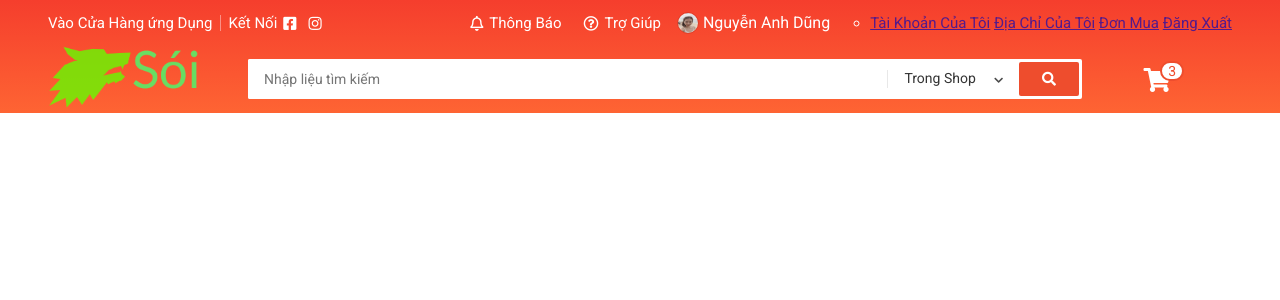
Repository: adwewecat/shoppe
Page: index.html
These files come from the project's save history. The page is drawn as it stood at one moment and after a run of saves; the edit follows.
The browser window is 1280 px wide. The pictures show the whole page.

Above is the page before, as saved 2021-09-03 11:59:36.

### index.html
<!DOCTYPE html>
<html lang="en">

<head>
    <meta charset="UTF-8" />
    <meta http-equiv="X-UA-Compatible" content="IE=edge" />
    <meta name="viewport" content="width=device-width, initial-scale=1.0" />
    <title>Document</title>
    <link rel="preconnect" href="https://fonts.googleapis.com" />
    <link rel="preconnect" href="https://fonts.gstatic.com" crossorigin />
    <link href="https://fonts.googleapis.com/css2?family=Roboto:ital,wght@0,400;0,500;0,700;1,300&display=swap"
        rel="stylesheet" />
    <link rel="stylesheet" href="./assets/css/base.css" />
    <link rel="stylesheet" href="./assets/css/main.css" />
    <link rel="stylesheet" href="./assets/fonts/fontawesome-free-5.15.4/css/all.min.css" />
</head>

<body>
    <div class="main">
        <header class="header">
            <div class="grid">
                <!-- Begin Navbar -->
                <nav class="header__navbar">
                    <ul class="header__navbar-list">
                        <li class="
                  header__navbar-item
                  header__navbar-item--has-qr
                  header__navbar-item--seperate
                ">
                            Vào Cửa Hàng ứng Dụng
                            <!-- Begin Header QR Code -->
                            <div class="header__qr">
                                <img src="./assets/img/qr_code/qrcode_2066837_.png" alt="QR_Code_Lagel"
                                    class="header__qr-img" />
                                <div class="header__qr-apps">
                                    <a href="" class="header__qr-link">
                                        <img src="./assets/img/qr_code/android.png" alt="android"
                                            class="header__qr-dowload-img" />
                                    </a>
                                    <a href="" class="header__qr-link">
                                        <img src="./assets/img/qr_code/ios.png" alt="ios"
                                            class="header__qr-dowload-img" />
                                    </a>
                                </div>
                            </div>
                            <!-- End Header QR Code -->
                        </li>
                        <li class="header__navbar-item">
                            <span class="header__navbar-title-no-pointer">Kết Nối</span>
                            <a href="" class="header__navbar-icon-link">
                                <i class="header__navbar-icon fab fa-facebook-square"></i>
                            </a>
                            <a href="" class="header__navbar-icon-link">
                                <i class="header__navbar-icon fab fa-instagram"></i>
                            </a>
                        </li>
                    </ul>

                    <ul class="header__navbar-list">
                        <li class="header__navbar-item header__navbar-item--has-notify">
                            <a href="" class="header__navbar-item-link">
                                <i class="header__navbar-icon far fa-bell"></i>
                                Thông Báo
                            </a>

                            <!-- Begin hover Thông Báo -->
                            <div class="header__notify">
                                <header class="header__notify-header">
                                    <h3>Thông Báo Mới Nhận</h3>
                                </header>
                                <ul class="header__notify-list">
                                    <li class="header__notify-item header__notify-item--viewed">
                                        <a href="" class="header__notify-link">
                                            <img src="./assets/img/san-pham/xiaomi-mi-11-ultra.jpg"
                                                alt="Xiaomi Mi 11 Ultra" class="header__notify-img" />
                                            <div class="header__notify-info">
                                                <span class="header__notify-name">Xiaomi Mi 11 Ultra</span>
                                                <span class="header__notify-description">Mô tả điện thoại Xiaomi Mi 11
                                                    Ultra</span>
                                            </div>
                                        </a>
                                    </li>

                                    <li class="header__notify-item">
                                        <a href="" class="header__notify-link">
                                            <img src="./assets/img/san-pham/xiaomi-mi-11-ultra.jpg"
                                                alt="Xiaomi Mi 11 Ultra" class="header__notify-img" />
                                            <div class="header__notify-info">
                                                <span class="header__notify-name">Xiaomi Mi 11 Ultra Ultra Ultra Ultra
                                                    Ultra Ultra
                                                    Ultra Ultra Ultra Ultra</span>
                                                <span class="header__notify-description">Mô tả điện thoại Xiaomi Mi 11
                                                    Ultra Mô tả điện
                                                    thoại Xiaomi Mi 11 Ultra Mô tả điện thoại Xiaomi Mi
                                                    11 Ultra Mô tả điện thoại Xiaomi Mi 11 Ultra</span>
                                            </div>
                                        </a>
                                    </li>

                                    <li class="header__notify-item">
                                        <a href="" class="header__notify-link">
                                            <img src="./assets/img/san-pham/xiaomi-mi-11-ultra.jpg"
                                                alt="Xiaomi Mi 11 Ultra" class="header__notify-img" />
                                            <div class="header__notify-info">
                                                <span class="header__notify-name">Xiaomi Mi 11 Ultra</span>
                                                <span class="header__notify-description">Mô tả điện thoại Xiaomi Mi 11
                                                    Ultra</span>
                                            </div>
                                        </a>
                                    </li>
                                </ul>

                                <footer class="header__notify-footer">
                                    <a href="" class="header__notify-footer-btn">Xem Tất Cả</a>
                                </footer>
                            </div>
                            <!-- Begin hover Thông Báo -->
                        </li>

                        <li class="header__navbar-item">
                            <a href="" class="header__navbar-item-link">
                                <i class="header__navbar-icon far fa-question-circle"></i>
                                Trợ Giúp
                            </a>
                        </li>
                        <!-- <li class="header__navbar-item header__navbar-item--strong header__navbar-item--seperate">
                            Đăng Ký
                        </li>
                        <li class="header__navbar-item header__navbar-item--strong">
                            Đăng Nhập
                        </li> -->
                        <li class="header__navbar-item header__navbar-item-user">
                            <img src="./assets/img/san-pham/4.jpg" alt="" class="header__navbar-user-img">
                            <span class="header__navbar-user-name">Nguyễn Anh Dũng</span>

                            <ul class="header__navbar-user-menu">
                                <li class="header__navbar-user-item">
                                    <a href="">Tài Khoản Của Tôi</a>
                                    <a href="">Địa Chỉ Của Tôi</a>
                                    <a href="">Đơn Mua</a>
                                    <a href="">Đăng Xuất</a>
                                </li>

                            </ul>

                        </li>
                    </ul>
                </nav>
                <!-- End Navbar -->

                <!-- Begin search, logo, giỏ hàng -->
                <div class="header-with-search">
                    <div class="header__logo">
                        <img src="./assets/img/san-pham/logo.png" alt="" class="header__logo-img" />
                    </div>
                    <!-- Begin Search -->
                    <div class="header__search">
                        <div class="header__search-input-wrap">
                            <input type="text" class="header__search-input" placeholder="Nhập liệu tìm kiếm" />

                            <!-- Search History -->
                            <div class="header__search-history">
                                <h3 class="header__search-history-heading">
                                    Lịch Sử Tìm Kiếm
                                </h3>
                                <ul class="header__search-history-list">
                                    <li class="header__search-history-item">
                                        <a href="">Iphone 12 pro max</a>
                                    </li>
                                    <li class="header__search-history-item">
                                        <a href="">Xiaomi Mi 11i </a>
                                    </li>
                                </ul>
                            </div>
                        </div>

                        <div class="header__search-select">
                            <span class="header__search-select-lable">Trong Shop</span>
                            <i class="header__search-select-icon fas fa-chevron-down"></i>

                            <ul class="header__search-option">
                                <li class="
                      header__search-option-item
                      header__search-option-item--active
                    ">
                                    <span>Trong Shop</span>
                                    <i class="fas fa-check"></i>
                                </li>
                                <li class="header__search-option-item">
                                    <span>Ngoài Shop</span>
                                    <i class="fas fa-check"></i>
                                </li>
                            </ul>
                        </div>
                        <button class="header__search-btn">
                            <i class="header__search-btn-icon fas fa-search"></i>
                        </button>
                    </div>
                    <!-- End Search -->

                    <!-- Begin Giỏ Hàng -->
                    <div class="header__cart">
                        <div class="header__cart-wrap">
                            <i class="fas fa-shopping-cart header__cart-icon"></i>
                            <span class="header__cart-notice">3</span>
                            <!-- No card : header__cart-list--no-cart -->
                            <div class="header__cart-list ">
                                <img src="./assets/img/san-pham/chua-co-san-pham.png" alt=""
                                    class="header__cart-no-cart-img" />
                                <span class="header__cart-list--no-cart-msg">Chưa Có Sản Phẩm Nào</span>

                                <!-- Có sản phẩm -->
                                <h4 class="header__cart-heading">Sản Phẩm Đã Thêm</h4>
                                <ul class="header__cart-list-item">
                                    <!-- Cart Item -->
                                    <li class="header__cart-item">
                                        <img src="./assets/img/san-pham/xiaomi-mi-11-ultra.jpg" alt=""
                                            class="header__cart-img" />
                                        <div class="header__cart-item-info">
                                            <div class="header__cart-item-head">
                                                <h5 class="header__cart-item-name">
                                                    Điện Thoại Cấu Hình Cao
                                                </h5>
                                                <div class="header__cart-item-price-wrap">
                                                    <span class="header__cart-item-price">19.000.000đ</span>
                                                    <span class="header__cart-item-multiply">x</span>
                                                    <span class="header__cart-item-quantity">2</span>
                                                </div>
                                            </div>
                                            <div class="header__cart-item-body">
                                                <span class="header__cart-item-description">
                                                    Phân Loại Hàng : Điện Thoại Thông Minh
                                                </span>
                                                <span class="header__cart-item-remove">Xóa</span>
                                            </div>
                                        </div>
                                    </li>
                                </ul>
                                <ul class="header__cart-list-item">
                                    <!-- Cart Item -->
                                    <li class="header__cart-item">
                                        <img src="./assets/img/san-pham/xiaomi-mi-11-ultra.jpg" alt=""
                                            class="header__cart-img" />
                                        <div class="header__cart-item-info">
                                            <div class="header__cart-item-head">
                                                <h5 class="header__cart-item-name">
                                                    Điện Thoại Cấu Hình Cao
                                                </h5>
                                                <div class="header__cart-item-price-wrap">
                                                    <span class="header__cart-item-price">19.000.000đ</span>
                                                    <span class="header__cart-item-multiply">x</span>
                                                    <span class="header__cart-item-quantity">2</span>
                                                </div>
                                            </div>
                                            <div class="header__cart-item-body">
                                                <span class="header__cart-item-description">
                                                    Phân Loại Hàng : Điện Thoại Thông Minh
                                                </span>
                                                <span class="header__cart-item-remove">Xóa</span>
                                            </div>
                                        </div>
                                    </li>
                                </ul>
                                <div>
                                    <a href="#" class="header__cart-view-cart btn btn--primary">Xem Tất Cả</a>
                                </div>
                            </div>
                        </div>
                    </div>
                    <!-- End Giỏ Hàng -->
                </div>
                <!-- End search, logo, giỏ hàng -->
            </div>
        </header>

        <div class="container"></div>

        <footer class="footer"></footer>
    </div>

    <!-- Begin Modal -->
    <!-- <div class="modal">
        <div class="modal__overlay"></div>

        <div class="modal__body"> -->

    <!-- Begin Register form -->
    <!-- <div class="auth-form">
                    <div class="auth-form__container">
                        <div class="auth-form__header">
                            <h3 class="auth-form__heading">Đăng Ký</h3>
                            <span class="auth-form__switch-btn">Đăng Nhập</span>
                        </div>

                        <div class="auth-form__form">
                            <div class="auth-form__group">
                                <input type="text" class="auth-form__input" placeholder="Nhập Email">
                            </div>
                            <div class="auth-form__group">
                                <input type="password" class="auth-form__input" placeholder="Nhập Mật Khẩu">
                            </div>
                            <div class="auth-form__group">
                                <input type="password" class="auth-form__input" placeholder="Nhập Lại Mật Khẩu">
                            </div>
                        </div>

                        <div class="auth-form__aside">
                            <p class="auth-form__policy-text">
                                Bằng Việc Đăng Ký , Bạn Đã Đồng Ý Với Shop Về
                                <a href="" class="auth-form__text-link">Điều Khoản Dịch Vụ</a> &
                                <a href="" class="auth-form__text-link">Chính Sách Bảo Mật</a>
                            </p>
                        </div>

                        <div class="auth-form__controls">
                            <button class="btn btn--normal auth-form__controls-back">TRỞ LẠI</button>
                            <button class="btn btn--primary">Đăng Ký</button>
                        </div>
                    </div>


                    <div class="auth-form__socials">

                        <a href="" class=" auth-form__socials-facebook btn btn--size-s btn--witch-icon">
                            <i class="auth-form__socials-icon fab fa-facebook-square"></i>
                            <span class="auth-form__socials-title">
                                Kết Nối Với Facebook
                            </span>
                        </a>

                        <a href="" class="auth-form__socials-google btn btn--size-s btn--witch-icon">
                            <i class="auth-form__socials-icon fab fa-google-plus-square"></i>
                            <span class="auth-form__socials-title">
                                Kết Nối Với Google
                            </span>
                        </a>
                    </div>
                </div> -->
    <!-- Begin Register form -->

    <!-- Begin Login form -->
    <!-- <div class="auth-form">
                    <div class="auth-form__container">
                        <div class="auth-form__header">
                            <h3 class="auth-form__heading">Đăng Nhập</h3>
                            <span class="auth-form__switch-btn">Đăng Ký</span>
                        </div>

                        <div class="auth-form__form">
                            <div class="auth-form__group">
                                <input type="text" class="auth-form__input" placeholder="Nhập Email">
                            </div>
                            <div class="auth-form__group">
                                <input type="password" class="auth-form__input" placeholder="Nhập Mật Khẩu">
                            </div>
                        </div>

                        <div class="auth-form__aside">
                            <div class="auth-form__help">
                                <a href="" class="auth-form__help-link auth-form__help-forgot">Quên Mật Khẩu</a>
                                <span class="auth-form__help-separate"></span>
                                <a href="" class="auth-form__help-link">Cần Trợ Giúp?</a>
                            </div>
                        </div>

                        <div class="auth-form__controls">
                            <button class="btn btn--normal auth-form__controls-back">Trở Lại</button>
                            <button class="btn btn--primary">Đăng Nhập</button>
                        </div>
                    </div>


                    <div class="auth-form__socials">

                        <a href="" class=" auth-form__socials-facebook btn btn--size-s btn--witch-icon">
                            <i class="auth-form__socials-icon fab fa-facebook-square"></i>
                            <span class="auth-form__socials-title">
                                Kết Nối Với Facebook
                            </span>
                        </a>

                        <a href="" class="auth-form__socials-google btn btn--size-s btn--witch-icon">
                            <i class="auth-form__socials-icon fab fa-google-plus-square"></i>
                            <span class="auth-form__socials-title">
                                Kết Nối Với Google
                            </span>
                        </a>
                    </div>
                </div> -->
    <!-- End Login form -->

    <!-- </div>
    </div> -->

    <!-- End Modal -->
</body>

</html>

### assets/css/base.css

/* Reset CSS */
/*! normalize.css v8.0.1 | MIT License | github.com/necolas/normalize.css */
html{line-height:1.15;-webkit-text-size-adjust:100%}body{margin:0}main{display:block}h1{font-size:2em;margin:.67em 0}hr{box-sizing:content-box;height:0;overflow:visible}pre{font-family:monospace,monospace;font-size:1em}a{background-color:transparent}abbr[title]{border-bottom:none;text-decoration:underline;text-decoration:underline dotted}b,strong{font-weight:bolder}code,kbd,samp{font-family:monospace,monospace;font-size:1em}small{font-size:80%}sub,sup{font-size:75%;line-height:0;position:relative;vertical-align:baseline}sub{bottom:-.25em}sup{top:-.5em}img{border-style:none}button,input,optgroup,select,textarea{font-family:inherit;font-size:100%;line-height:1.15;margin:0}button,input{overflow:visible}button,select{text-transform:none}[type=button],[type=reset],[type=submit],button{-webkit-appearance:button}[type=button]::-moz-focus-inner,[type=reset]::-moz-focus-inner,[type=submit]::-moz-focus-inner,button::-moz-focus-inner{border-style:none;padding:0}[type=button]:-moz-focusring,[type=reset]:-moz-focusring,[type=submit]:-moz-focusring,button:-moz-focusring{outline:1px dotted ButtonText}fieldset{padding:.35em .75em .625em}legend{box-sizing:border-box;color:inherit;display:table;max-width:100%;padding:0;white-space:normal}progress{vertical-align:baseline}textarea{overflow:auto}[type=checkbox],[type=radio]{box-sizing:border-box;padding:0}[type=number]::-webkit-inner-spin-button,[type=number]::-webkit-outer-spin-button{height:auto}[type=search]{-webkit-appearance:textfield;outline-offset:-2px}[type=search]::-webkit-search-decoration{-webkit-appearance:none}::-webkit-file-upload-button{-webkit-appearance:button;font:inherit}details{display:block}summary{display:list-item}template{display:none}[hidden]{display:none}
/*# sourceMappingURL=normalize.min.css.map */
/* https://cdnjs.cloudflare.com/ajax/libs/normalize/8.0.1/normalize.min.css */


:root {
    --primary-color: #EE4D2D;
    --white-color: #fff;
    --black-color: #000;
    --text-color: #333;
    --border-color: #dbdbdb;

    --navbar-height:34px;
    --header-height:120px
    --header-with-search-height:calc(var(var(--header-height)-var(var(--navbar-height))))

}

*{
    box-sizing: border-box; /* lÀM Kích thước không bị thay đổi khi làm dầy padding và border */

}

html {
    /* Hack */
    font-size: 62.5%;
    line-height: 1.6rem; /*1rem bằng 10px khi setup font-size: 62.5%;*/
    font-family: 'Roboto', sans-serif; /*sans-serif là thuộc tính chữ ko gạch chân*/
}


.grid {
    width: 1200px;
    max-width: 100%;
    margin: 0 auto; /*trên dưới bằng 0  trái phải auto , tự động căn giữa khi khối này nằm trong khối khác*/
}

.grid__full-width {
    width: 100%;
}


/* Những thẻ nào nằm trong class này sẽ cùng nằm trên 1 hàng ngang và nếu co giao diện sẽ tự động xuống dòng */
.grid__row {
    display: flex;
    flex-wrap: wrap;
}

/* Animation */
@keyframes fadeIn {
    from {
        opacity: 0;
    }
    to {
        opacity: 1;
    }
}

@keyframes growth {
    from {
        transform: scale(var(--growth-form));
    }
    to{
        transform: scale(var(--growth-to));
    }
}



/* ====================================== */
/* Begin Modal */
.modal {
    position: fixed;
    top: 0;
    bottom: 0;
    right: 0;
    left: 0;
    display: flex;
    animation: fadeIn ease-in 0.5s;
}
.modal__overlay {
    position: absolute;
    width: 100%;
    height: 100%;
    background-color: rgba(12, 5, 5, 0.4);
}

.modal__body {
    --growth-form : 0.7s;
    --growth-to:1s;
    background-color: green;
    margin: auto;
    position: relative;
    z-index: 1; /*Hiện thị ưu tiên lên trên*/
    animation: growth linear 0.5s;
}

/* End Modal */
/* ====================================== */



/* button style */
.btn {
    min-width: 124px;
    height: 36px;
    text-decoration: none;
    border: none;
    border-radius: 2px;
    font-size: 1.5rem;
    padding: 0 12px;
    outline: none;
    cursor: pointer;
    color: var(--text-color);
    display: flex;
    justify-content: center;
    align-items: center;
    line-height: 1.6rem;
}

.btn.btn--normal:hover {
    background-color: rgba(0,0,0,0.1);

}

.btn.btn--size-s {
    height: 32px;
    font-size: 12px;
    padding: 0 8px;
}


/* Phải có cả 2 class này mới được áp dụng */
.btn.btn--primary {
    color: var(--white-color);
    background-color: var(--primary-color);
}

.btn.btn-disabled {
    cursor: default;
    filter: brightness(80%); /*Giamr độ sáng*/
    background-color: #c3c3c3;
    color: #949494;
}

Loaded but not shown: assets/fonts/fontawesome-free-5.15.4/css/all.min.css (library); assets/css/main.css (969 lines, source omitted)

After the next 2 saves:
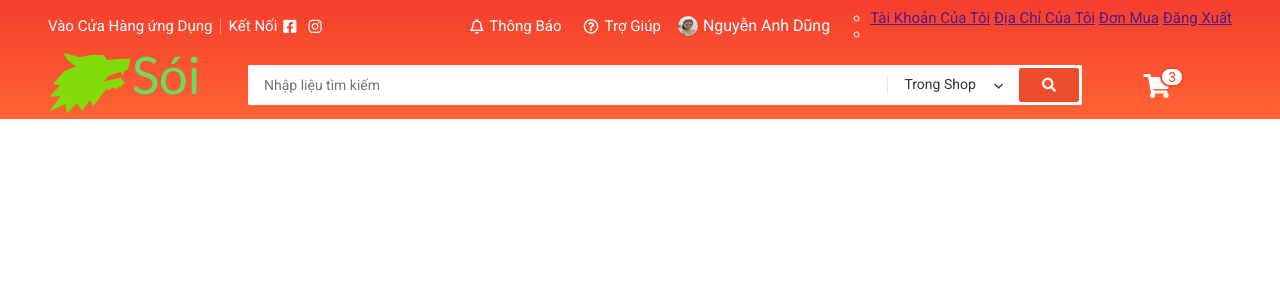
The 2 saves are shown as one change because they came seconds apart.
The last was saved 88 s later.
--- a/index.html
+++ b/index.html
@@ -140,6 +140,9 @@
                                     <a href="">Đơn Mua</a>
                                     <a href="">Đăng Xuất</a>
                                 </li>
+                                <li class="header__navbar-user-item">
+
+                                </li>
 
                             </ul>
 
